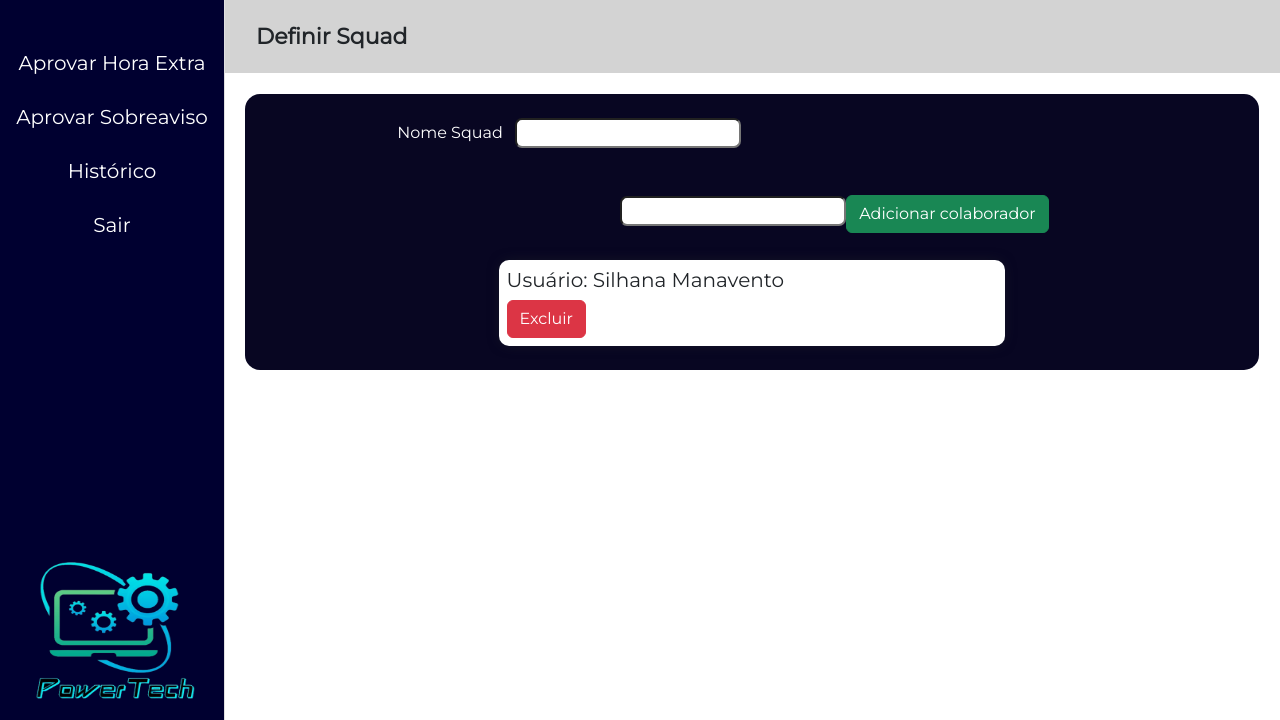
Repository: PowerTech-Fatec/API-2RP-NET
Page: /adm/squad (app in Sprint 3/2rp-web/)
An editor plug-in stored every save of this project. The page is shown before and after the next save, followed by the edit.
The browser window is 1280 px wide. The pictures show the whole page.
The project was rebuilt for these pictures with package versions that can differ from the ones it lists, and the page was loaded fresh each time. Also part of the build but not shown: Sprint 3/2rp-web/src/pages/login/login.js, Sprint 3/2rp-web/src/pages/home/dashboard.js, Sprint 3/2rp-web/src/pages/home/sobreaviso/sobreaviso.css, Sprint 3/2rp-web/src/pages/home/sobreaviso/sobreaviso.js, Sprint 3/2rp-web/src/pages/home/hora-extra/hora-extra.css, Sprint 3/2rp-web/src/pages/home/hora-extra/hora-extra.js, Sprint 3/2rp-web/src/components/cards/Cards.js, Sprint 3/2rp-web/src/pages/home/gestor/aprovar-hora-extra/gestor.js and 3 more.

Above is the page before, as saved 2022-11-02 16:25:40.

After the next save:
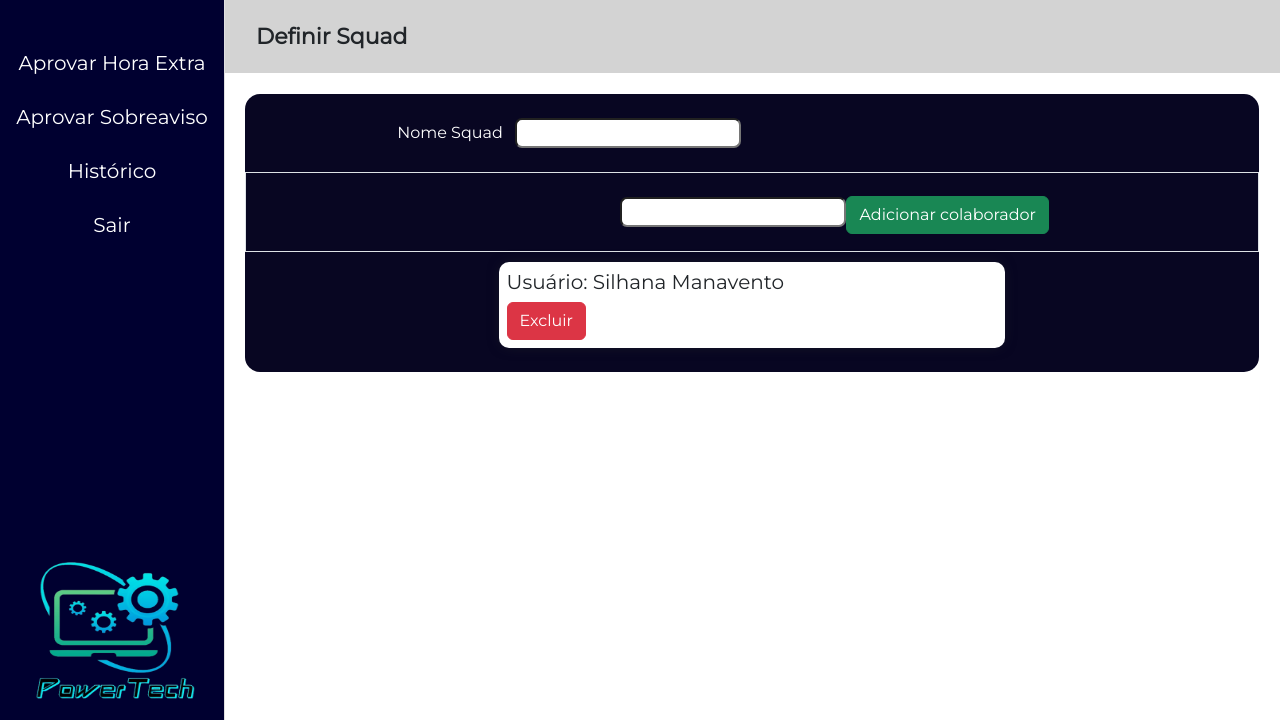
Saved 74 s later.
--- a/Sprint 3/2rp-web/src/pages/home/adm/squad/def-squad.js
+++ b/Sprint 3/2rp-web/src/pages/home/adm/squad/def-squad.js
@@ -19,9 +19,12 @@ function Squad() {
             <label className="font">Nome Squad</label> <input className="squad-name mt-4 mb-4 ml-2"></input>
             </span>
 
+            <div className="border">
             <span className="filtroLabel">
             <input className="squad-name mt-4 mb-4"></input><button type="button" class="btn btn-success mt-1">Adicionar colaborador</button>
             </span>
+            </div>
+
 
             {/* card info hora extra */}
             <div className="d-flex flex-column aling-itens-center">
